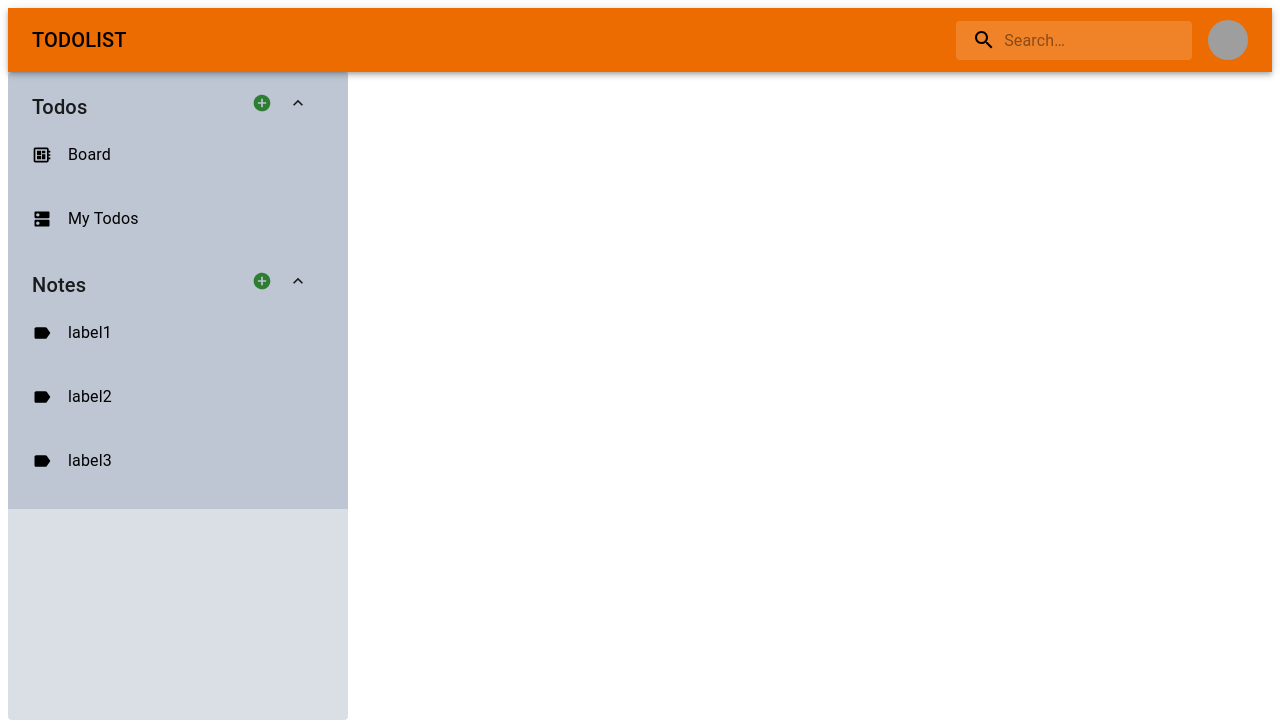
Repository: HrishrathTBS/Trackerbea
Page: / (app in client/)
An editor plug-in stored every save of this project. The page is shown before and after a run of saves, followed by the edit.
The browser window is 1280 px wide. The pictures show the whole page.
Pictures or frames that could not be fetched are drawn as grey boxes. The project was rebuilt for these pictures with package versions that can differ from the ones it lists, and the page was loaded fresh each time. Also part of the build but not shown: client/src/components/TodoList.js, client/src/components/Board.js, client/src/components/ListOfBar.js, client/src/components/MyTodos.js, client/src/pages/Label/Label1.js, client/src/pages/Label/Label2.js, client/src/pages/Label/Label3.js.

Above is the page before, as saved 2022-03-10 10:45:42.

After the next 2 saves:
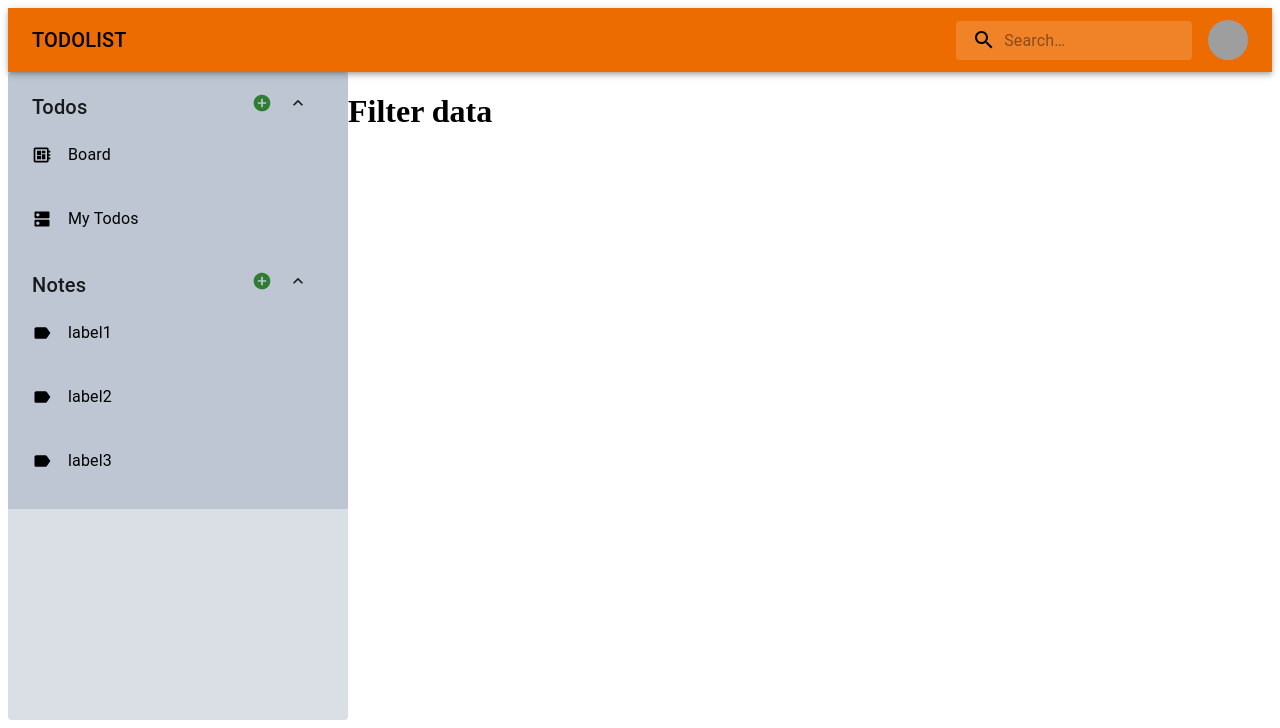
The 2 saves are shown as one change because they came seconds apart.
The last was saved 14 min 13 s later.
--- a/client/src/components/Layout.js
+++ b/client/src/components/Layout.js
@@ -9,6 +9,7 @@ const Layout = () => {
       <Header />
       <div style={{ display: 'flex' }}>
         <SideBar />
+        <h1>Filter data</h1>
         {<Outlet />}
       </div>
     </>
